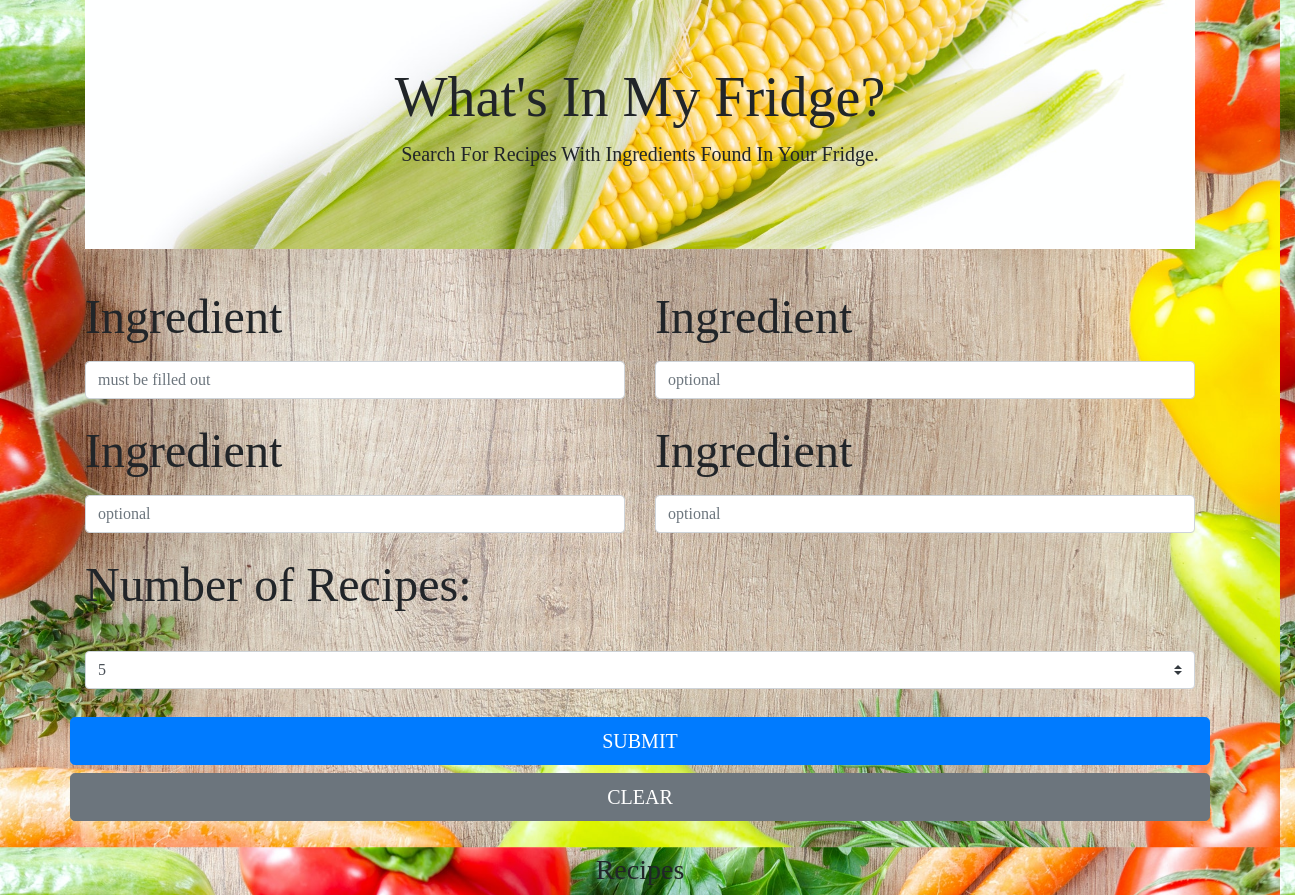
Repository: ogipajic/Recipe_API
Page: index.html
An editor plug-in stored every save of this project. The page is shown before and after the next save, followed by the edit.
The browser window is 1280 px wide. The page is 1295 px wide, so the pictures cover 1295 px, including what lies to the right of the window. The pictures show the whole page.
Backgrounds fixed to the window are drawn as part of the page. Some web fonts or font styles are not loaded; a fallback is used.

Above is the page before, as saved 2020-07-07 18:05:14.
Console error: SyntaxError: Unexpected end of input

### index.html
<!DOCTYPE html>
<html lang="en">
<head>
    <meta charset="UTF-8">
    <meta name="viewport" content="width=device-width, initial-scale=1.0">
    <script
  src="https://code.jquery.com/jquery-3.5.1.min.js"
  integrity="sha256-9/aliU8dGd2tb6OSsuzixeV4y/faTqgFtohetphbbj0="
  crossorigin="anonymous"></script>

  <link rel="stylesheet" href="https://stackpath.bootstrapcdn.com/bootstrap/4.5.0/css/bootstrap.min.css" integrity="sha384-9aIt2nRpC12Uk9gS9baDl411NQApFmC26EwAOH8WgZl5MYYxFfc+NcPb1dKGj7Sk" crossorigin="anonymous">
  <link rel="stylesheet" href="stylesheet.css">
  <link href="https://fonts.googleapis.com/css2?family=Annie+Use+Your+Telescope&family=Lemon&display=swap" rel="stylesheet">

  <title>What's In My Fridge?</title>

  <!-- Fixes issue of text extending past card length-->

  <style>
      .card-body a {
          word-break: break-all;
      }

      .recipeHeadLine {
          line-height: 1.5;
      }
  </style>
</head>
<body>
    <div class="container">
        <div class="jumbotron jumbotron-fluid">
            <div class="img"></div>
            <div class="container">
              <h1 class="display-4">What's In My Fridge?</h1>
              <p class="lead">Search For Recipes With Ingredients Found In Your Fridge.</p>
            </div>
          </div>

     <form>
          <div class="row">
              <div class="col-sm-6">
        <div class="form-group">
          <label for="exampleFormControlInput1">Ingredient</label>
          <input type="email" class="form-control" id="exampleFormControlInput1" placeholder="must be filled out">
        </div>
              </div>
              <div class="col-sm-6">
        <div class="form-group">
            <label for="exampleFormControlInput1">Ingredient</label>
            <input type="email" class="form-control" id="exampleFormControlInput1" placeholder="optional">
          </div>
          </div>
        </div>
        <div class="row">
            <div class="col-sm-6">
          <div class="form-group">
            <label for="exampleFormControlInput1">Ingredient</label>
            <input type="email" class="form-control" id="exampleFormControlInput1" placeholder="optional">
          </div>
        </div>
        <div class="col-sm-6">
          <div class="form-group">
            <label for="exampleFormControlInput1">Ingredient</label>
            <input type="email" class="form-control" id="exampleFormControlInput1" placeholder="optional">
          </div>
          </div>
          </div>
        </div>
      </form>


    <div class="container">
        <div class="form-group">
            <label for="pwd">Number of Recipes:</label>
            <select id="article-count" class="custom-select" aria-labelledby="dropdownMenuButton">
              <option selected value="1">1</option>
              <!-- Setting the option for 5 as default -->
              <option value="5" selected>5</option>
              <option value="10">10</option>
            </select>
          </div>

        <div class="row">
            <!--Using type="submit" allows the user to hit enter as well as click submit-->
            <button type="submit" class="btn btn-primary btn-lg btn-block">SUBMIT</button>
            <button type="button" class="btn btn-secondary btn-lg btn-block">CLEAR</button>
            </div>
        </div>
    </div>

    <div class="row">
        <div class="col-lg-12">
            <div class="panel panel-default">
                <div class="panel-heading">
                    <h3 class="panel-title">Recipes</h3>
                </div>
                <div class="panel-body">
                    <div class="well">

                    </div>
                </div>
            </div>
        </div>







 <script src="script.js"></script>
 <script src="https://code.jquery.com/jquery-3.5.1.slim.min.js" integrity="sha384-DfXdz2htPH0lsSSs5nCTpuj/zy4C+OGpamoFVy38MVBnE+IbbVYUew+OrCXaRkfj" crossorigin="anonymous"></script>
 <script src="https://cdn.jsdelivr.net/npm/popper.js@1.16.0/dist/umd/popper.min.js" integrity="sha384-Q6E9RHvbIyZFJoft+2mJbHaEWldlvI9IOYy5n3zV9zzTtmI3UksdQRVvoxMfooAo" crossorigin="anonymous"></script>
 <script src="https://stackpath.bootstrapcdn.com/bootstrap/4.5.0/js/bootstrap.min.js" integrity="sha384-OgVRvuATP1z7JjHLkuOU7Xw704+h835Lr+6QL9UvYjZE3Ipu6Tp75j7Bh/kR0JKI" crossorigin="anonymous"></script>
</body>
</html>

### stylesheet.css
/* Body font style and font size */
body {
    font-size: 3rem;
    font-family: 'Annie Use Your Telescope', cursive;
    background-image: url(Assets/carrots-food-fresh-freshness-616404.jpg);
    background-position: center center;
    background-repeat: no-repeat;
    background-attachment: fixed;
    background-size: cover;
}

/* Font and image within jumbotron */
.jumbotron {
    text-align: center;
    font-family: 'Annie Use Your Telescope', cursive;
    background: url(Assets/agriculture-bright-cereal-close-up-547263.jpg);
    background-position: center center;
    background-size: cover;
}

/* Search Results Text */
.panel-heading {
    margin-top: 2rem;
    text-align: center;
}

/* Results Area -XXXX */
.panel-body {
    text-align: center;
}

.card-header {
    text-align: center;
}

.label {
    text-align: center;
}

  @media screen and (max-width: 768px) {
    .jumbotron {
      padding-top:20px;
      padding-bottom:20px;
    }
  }

### script.js
$(document).ready (function() {
});

$('button').on('click', function () {
    var ingredient = $(this).attr("ingredient");
    var queryURL = "https://tasty.p.rapidapi.com/recipes/detail/search?q=" +
        ingredient + "&api_key=ac032b7765msh7b7ea8d251892bbp18630ejsnfccfef5696ae";
$.ajax({
    url: queryURL,
    method: "GET"
}).then(function (response) {

})

// javascript/jQuery snippet of the code below
var settings = {
	"async": true,
	"crossDomain": true,
	"url": "https://tasty.p.rapidapi.com/recipes/detail?id=5586",
	"method": "GET",
	"headers": {
		"x-rapidapi-host": "tasty.p.rapidapi.com",
		"x-rapidapi-key": "ac032b7765msh7b7ea8d251892bbp18630ejsnfccfef5696ae"
	}
}

$.ajax(settings).done(function (response) {
	console.log(response);
});


 // node.js code snippet
    var unirest = require("unirest");

var req = unirest("GET", "https://tasty.p.rapidapi.com/recipes/detail");

req.query({
	"id": "5586"
});

req.headers({
	"x-rapidapi-host": "tasty.p.rapidapi.com",
	"x-rapidapi-key": "ac032b7765msh7b7ea8d251892bbp18630ejsnfccfef5696ae",
	"useQueryString": true
});


req.end(function (res) {
	if (res.error) throw new Error(res.error);

	console.log(res.body);
});

After the next save:
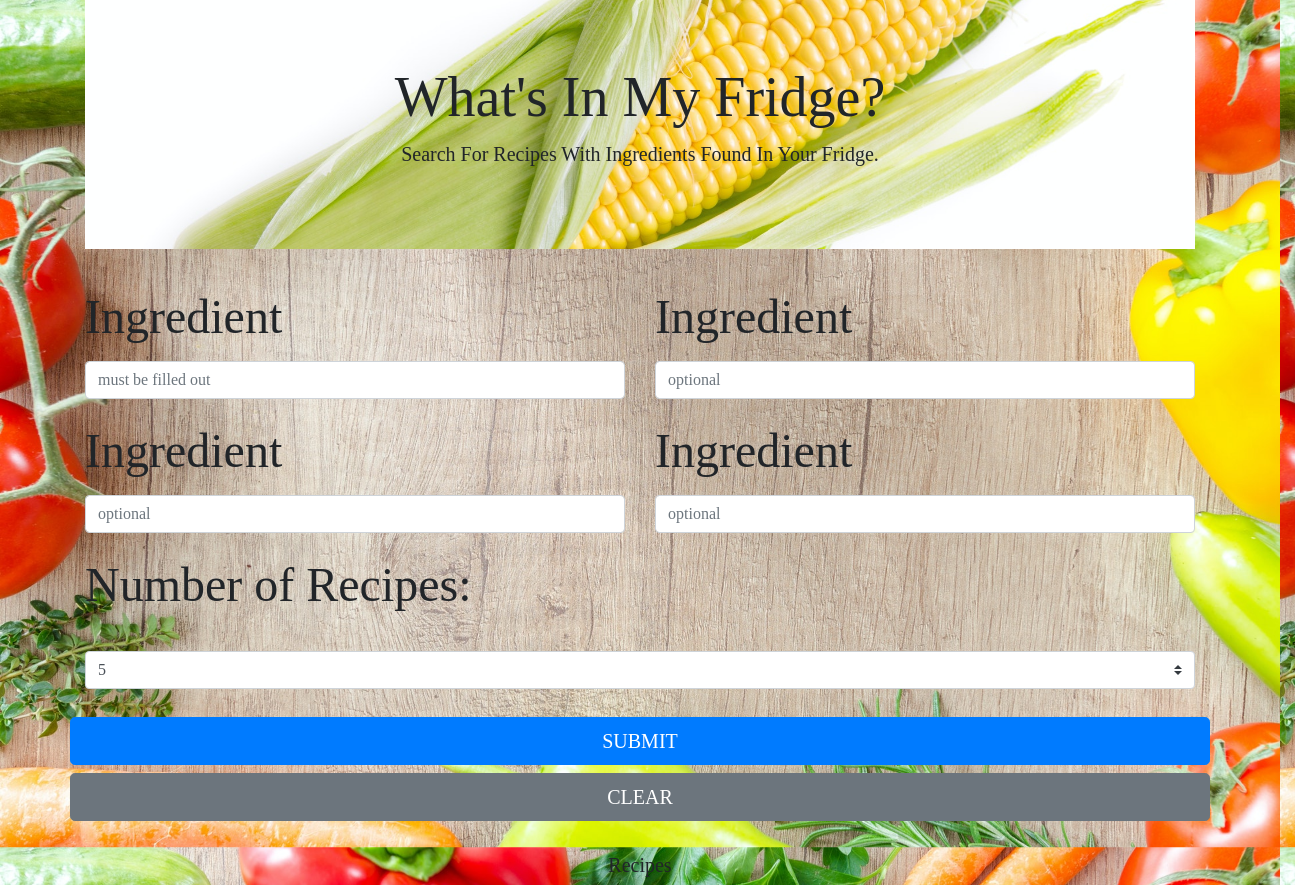
Saved 73 s later.
--- a/stylesheet.css
+++ b/stylesheet.css
@@ -29,13 +29,14 @@ body {
     text-align: center;
 }
 
+.panel-title {
+    font-size: 20px;
+}
+
 .card-header {
     text-align: center;
 }
 
-.label {
-    text-align: center;
-}
 
   @media screen and (max-width: 768px) {
     .jumbotron {
